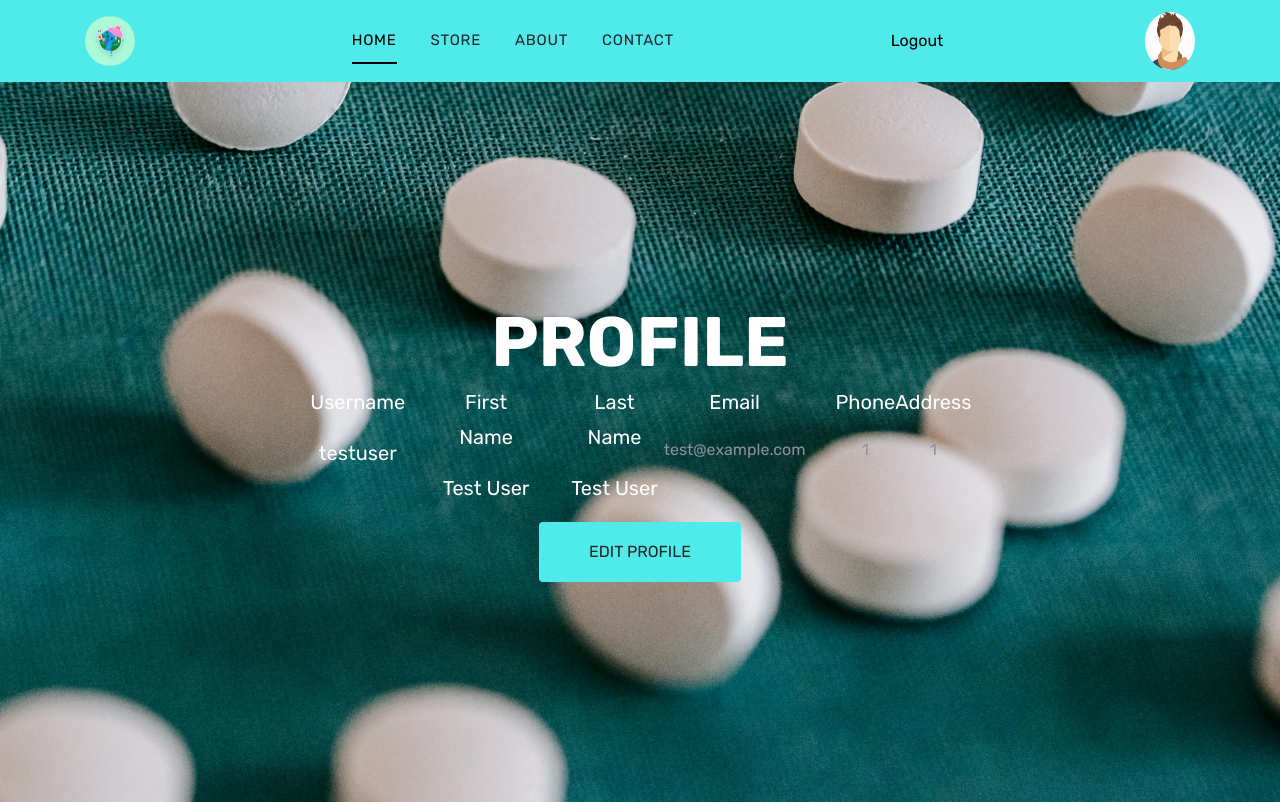
Repository: Argivist/Web-Doctor
Page: http://localhost/view/profile.php
These files come from the project's save history. The page is drawn as it stood at one moment and after the next save; the edit follows.
The browser window is 1280 px wide. The pictures show the whole page.
Some web fonts or font styles are not loaded; a fallback is used. The page is run by PHP 8.4 with error messages shown; the project is at /var/www/html/. The session is filled in as if someone had signed in: {"id": 1, "username": "testuser", "fname": "Test User", "lname": "Test User", "email": "test@example.com", "phone": 1, "address": 1}. Other server files are loaded and not shown.

Above is the page before, as saved 2024-02-20 21:16:02.

### view/profile.php
<?php
include "../settings/connection.php";
session_start();
// if (!isset($_SESSION['id'])) {
//     header("Location: ../login/login.php");
// }
?>
<!DOCTYPE html>
<html lang="en">

<head>
    <meta charset="UTF-8">
    <meta name="viewport" content="width=device-width, initial-scale=1.0">
    <title>Document</title>


    <link href="https://fonts.googleapis.com/css?family=Rubik:400,700|Crimson+Text:400,400i" rel="stylesheet">
    <link rel="stylesheet" href="fonts/icomoon/style.css">
    <link rel="stylesheet" href="../css/bootstrap.min.css">
    <link rel="stylesheet" href="../css/magnific-popup.css">
    <link rel="stylesheet" href="../css/jquery-ui.css">
    <link rel="stylesheet" href="../css/owl.carousel.min.css">
    <link rel="stylesheet" href="../css/owl.theme.default.min.css">
    <link rel="stylesheet" href="../css/style.css">
    <link rel="stylesheet" href="../css/aos.css">
</head>

<body>
    <div class="site-wrap">

        <!--Navigation Bar-->
        <div class="site-navbar bg-primary py-2">
            <div class="container">
                <div class="d-flex align-items-center justify-content-between">
                    <div class="logo">
                        <div class="site-logo">
                            <a href="home.php" class="js-logo-clone"><img src="../img/logo/logo.png" style="width:50px; border-radius:50px;" alt="logo" /></a>
                        </div>
                    </div>
                    <div class="main-nav d-lg-block">
                        <nav class="site-navigation text-right text-md-center" role="navigation">
                            <ul class="site-menu js-clone-nav d-lg-block">
                                <li class="active"><a href="home.php">Home</a></li>
                                <li><a href="shop.php">Store</a></li>
                                <li><a href="aboutus.html">About</a></li>
                                <li><a href="contact.html">Contact</a></li>
                            </ul>
                        </nav>
                    </div>
                    <?php
                    if (isset($_SESSION['id'])) {
                        echo "<div class='logout'><a href='../actions/logout.php'>Logout</a></div>";
                    } else {
                        echo "<div class='login'><a href='../login/login.php'>Sign in</a></div>";
                    } ?>
                    <div class="profile">
                        <a href="
                        <?php
                        if (isset($_SESSION['id'])) {
                            echo "profile.php";
                        } else {
                            echo "../login/login.php";
                        }
                        ?>
                        "><img src="
                        <?php
                        if (isset($_SESSION['id'])) {
                            echo "../img/profile.jpg";
                        } else {
                            echo "../img/default_profile.jpg";
                        }
                        ?>
                        " alt="Image" class="rounded-circle" style="width:50px; border-radius:50px;"></a>
                    </div>
                </div>
            </div>
        </div>

        <!--Main Content-->
        <!--Image By: Photo by Alex Green: https://www.pexels.com/photo/pile-of-white-spilled-pills-5699514/-->
        <div class="site-blocks-cover" style="background-image: url('../img/background/pharmacy_1.jpg');">
            <div class="container">
                <div class="row">
                    <div class="col-lg-7 mx-auto order-lg-2 align-self-center">
                        <div class="site-block-cover-content text-center">
                            <!--Profile page-->
                            <h1 class="mb-0">Profile</h1>
                            <div class="row justify-content-center">
                                <div class="row">
                                    <div class="col">
                                        <p>Username</p><p><?php
                                                        echo $_SESSION['username'];
                                                        ?></p>
                                    </div>
                                    <div class="col">
                                        <p>First Name</p><p><?php
                                                            echo $_SESSION['fname'];
                                                            ?></p>
                                    </div>
                                    <div class="col">
                                        <p>Last Name</p><p><?php
                                                            echo $_SESSION['lname'];
                                                            ?></p>
                                    </div>
                                </div>

                                <div class="row">
                                    <div class="col">
                                        <p>Email</p><?php
                                                    echo $_SESSION['email'];
                                                    ?>
                                    </div>
                                    <div class="col">
                                        <p>Phone</p><?php
                                                    echo $_SESSION['phone'];
                                                    ?>
                                    </div>
                                </div>
                                <div class="row">
                                    <div class="col">
                                        <p>Address</p><?php
                                                        echo $_SESSION['address'];
                                                        ?>
                                    </div>
                                </div>
                                <div class="row">
                                    <div class="col">
                                        <a href="edit_profile.php" class="btn btn-primary px-5 py-3">Edit Profile</a>
                                    </div>
                            </div>
                        </div>
                    </div>
                </div>
            </div>
</body>

</html>

### settings/connection.php
<?php
$server="localhost:3307";
$user="root";
$passwd="root";
$db="web_doc";

$conn=mysqli_connect($server,$user,$passwd,$db) or die("Connection failed :: ".$conn->error);
?>

Loaded but not shown: css/bootstrap.min.css (library); css/magnific-popup.css (library); css/jquery-ui.css (library); css/owl.carousel.min.css (common file); css/owl.theme.default.min.css (common file); css/aos.css (library); css/style.css (1125 lines, source omitted)

After the next save:
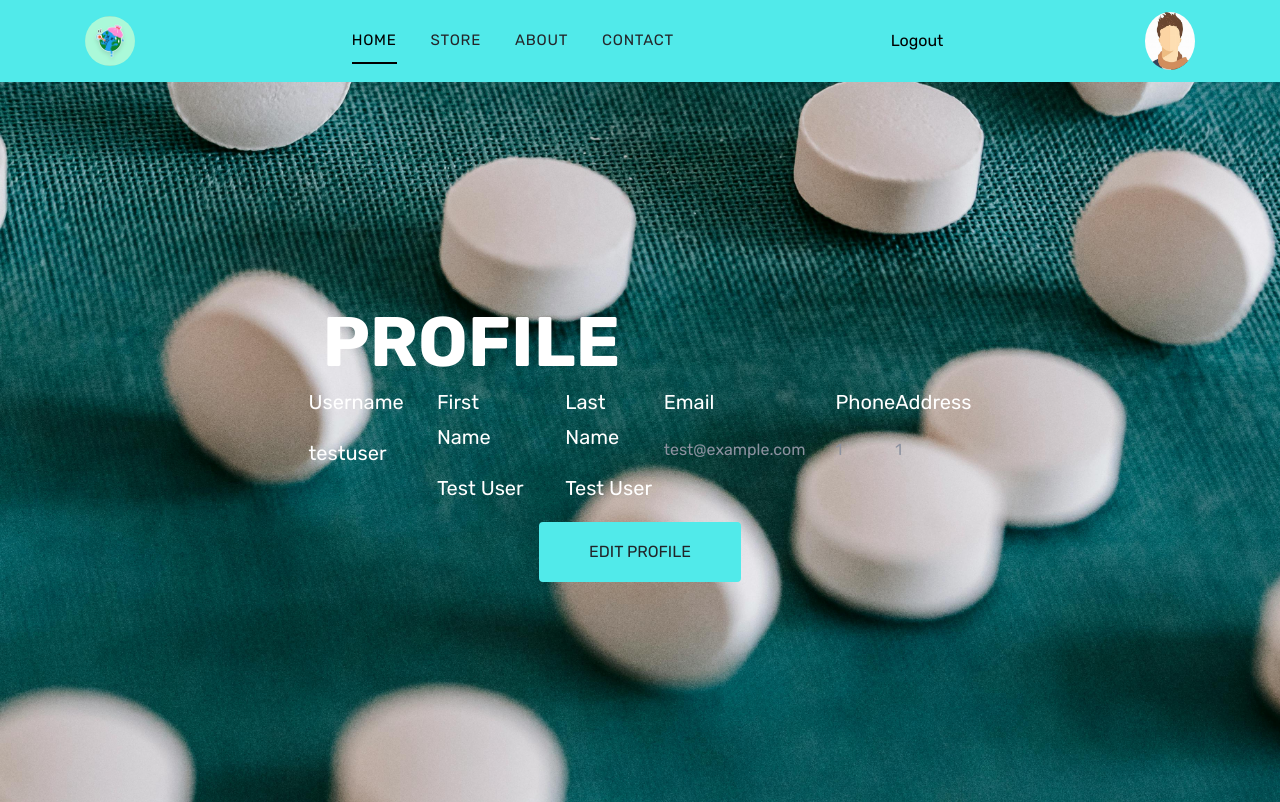
Saved 27 s later.
--- a/view/profile.php
+++ b/view/profile.php
@@ -82,7 +82,7 @@
             <div class="container">
                 <div class="row">
                     <div class="col-lg-7 mx-auto order-lg-2 align-self-center">
-                        <div class="site-block-cover-content text-center">
+
                             <!--Profile page-->
                             <h1 class="mb-0">Profile</h1>
                             <div class="row justify-content-center">
@@ -128,7 +128,7 @@
                                         <a href="edit_profile.php" class="btn btn-primary px-5 py-3">Edit Profile</a>
                                     </div>
                             </div>
-                        </div>
+
                     </div>
                 </div>
             </div>

After the save that followed:
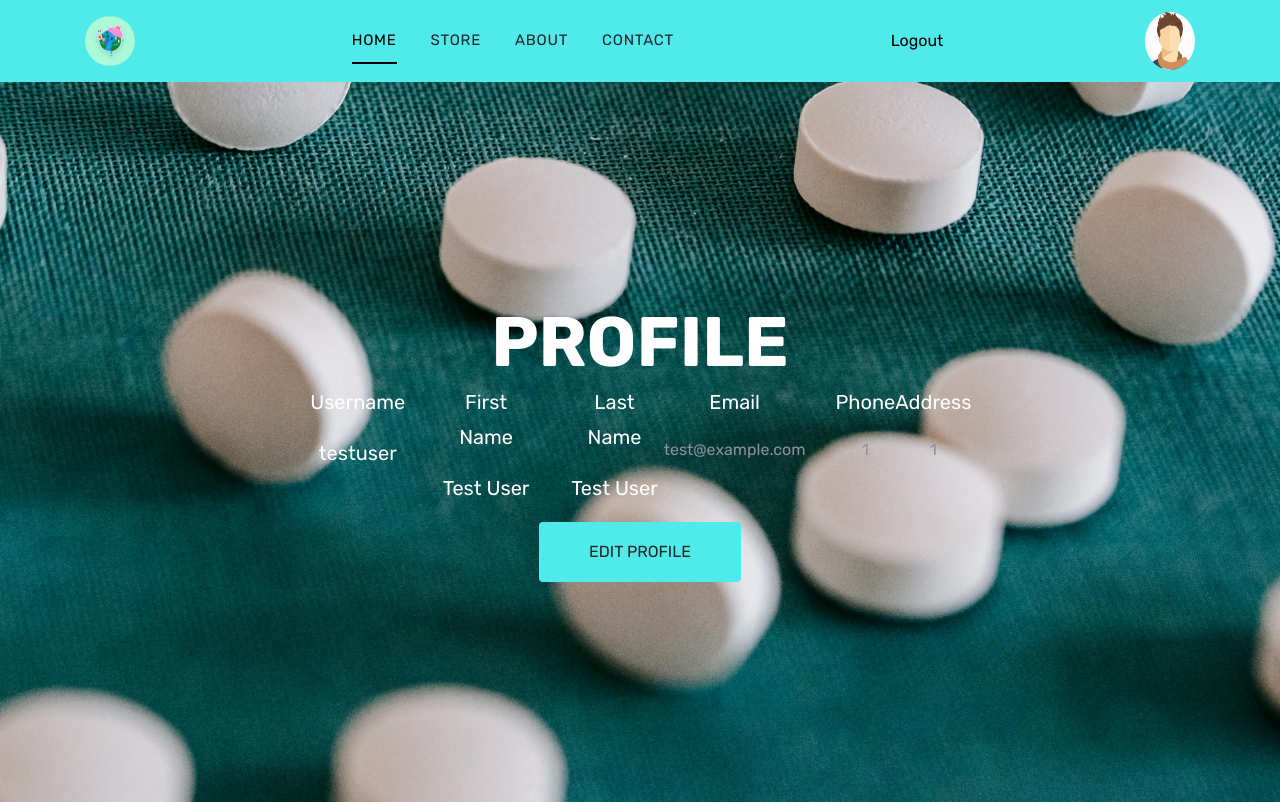
Saved 13 s later.
--- a/view/profile.php
+++ b/view/profile.php
@@ -82,7 +82,7 @@
             <div class="container">
                 <div class="row">
                     <div class="col-lg-7 mx-auto order-lg-2 align-self-center">
-
+                        <div class="site-block-cover-content text-center">
                             <!--Profile page-->
                             <h1 class="mb-0">Profile</h1>
                             <div class="row justify-content-center">
@@ -128,7 +128,7 @@
                                         <a href="edit_profile.php" class="btn btn-primary px-5 py-3">Edit Profile</a>
                                     </div>
                             </div>
-
+                        </div>
                     </div>
                 </div>
             </div>
